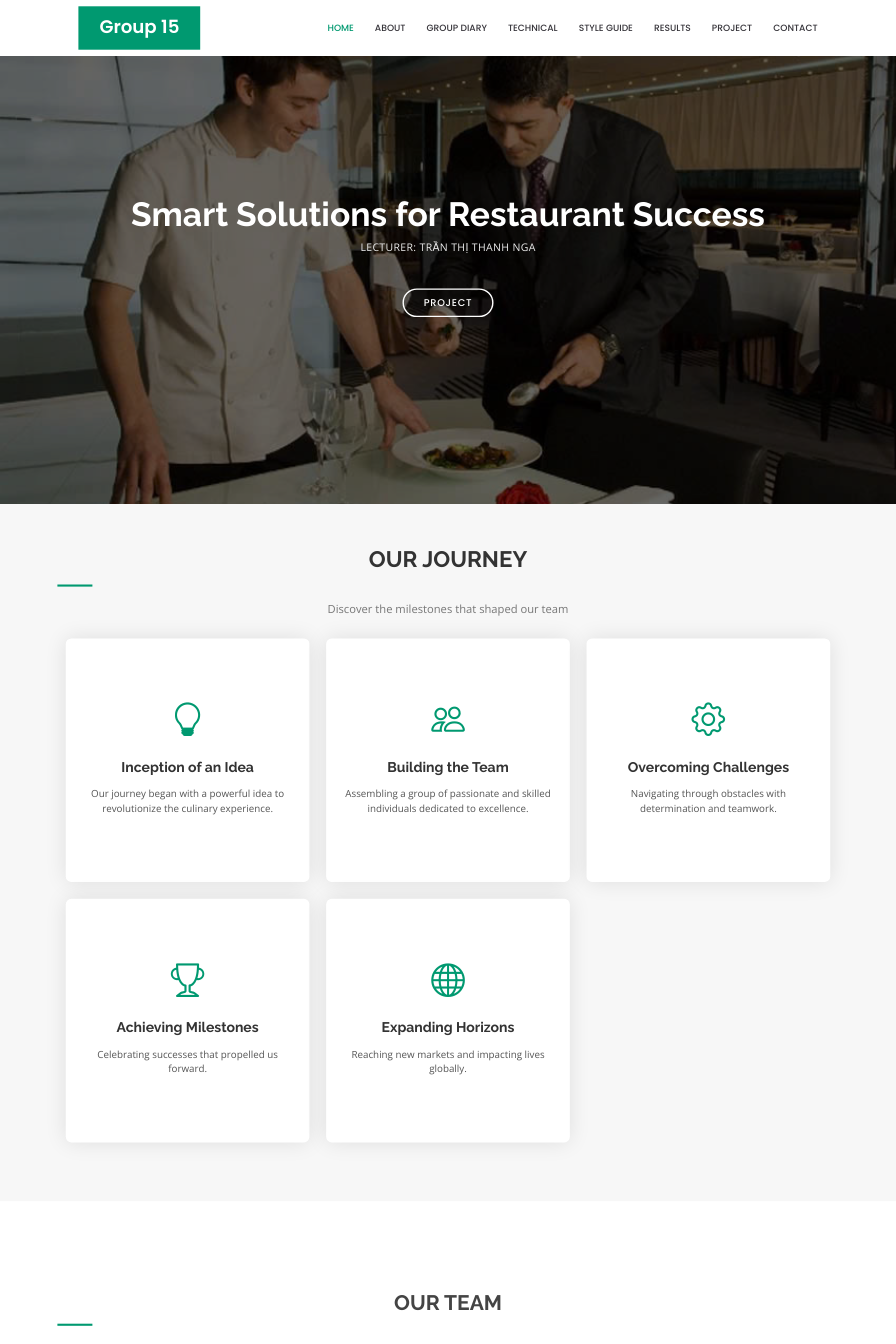
Repository: HoangKhangKhuPho4/Group_Web
Page: index.html
The author's editor kept a copy of each file at every save. The page is drawn from the files as they stood at one save, then again after the next save.
The browser window is 1280 px wide. The pictures show the part of the page from y = 0 to 1920 px (the page is 2787 px tall), at 70% of full size.
Backgrounds fixed to the window are drawn as part of the page.

Above is the page before, as saved 2024-11-15 20:52:48.

### index.html
<!DOCTYPE html>
<html lang="en">
  <head>
    <!-- Google Tag Manager -->
    <script>
      (function (w, d, s, l, i) {
        w[l] = w[l] || [];
        w[l].push({ "gtm.start": new Date().getTime(), event: "gtm.js" });
        var f = d.getElementsByTagName(s)[0],
          j = d.createElement(s),
          dl = l != "dataLayer" ? "&l=" + l : "";
        j.async = true;
        j.src = "https://www.googletagmanager.com/gtm.js?id=" + i + dl;
        f.parentNode.insertBefore(j, f);
      })(window, document, "script", "dataLayer", "GTM-KP2R47JB");
    </script>
    <!-- End Google Tag Manager -->

    <meta
      name="google-site-verification"
      content="EO8Nf8U0RywdH3XDIGdBO9ayEUmYV3Sa4KyZ9BoOK-Y"
    />
    <meta charset="utf-8" />
    <meta content="width=device-width, initial-scale=1.0" name="viewport" />
    <meta
      name="google-site-verification"
      content="NlS1kOlcOLN_zi65x2N4-Xf35p3_Yhxgn-Sx0oEMzRE"
    />

    <title>Group 15</title>
    <meta content="" name="description" />
    <meta content="" name="keywords" />

    <!-- Favicons -->
    <link href="assets/img/favicon.png" rel="icon" />
    <link href="assets/img/apple-touch-icon.png" rel="apple-touch-icon" />

    <!-- Google Fonts -->
    <link
      href="https://fonts.googleapis.com/css?family=Open+Sans:300,300i,400,400i,600,600i,700,700i|Raleway:300,300i,400,400i,500,500i,600,600i,700,700i|Poppins:300,300i,400,400i,500,500i,600,600i"
      rel="stylesheet"
    />

    <!-- Vendor CSS Files -->
    <link href="assets/vendor/aos/aos.css" rel="stylesheet" />
    <link
      href="assets/vendor/bootstrap/css/bootstrap.min.css"
      rel="stylesheet"
    />
    <link
      href="assets/vendor/bootstrap-icons/bootstrap-icons.css"
      rel="stylesheet"
    />
    <link href="assets/vendor/boxicons/css/boxicons.min.css" rel="stylesheet" />
    <link
      href="assets/vendor/glightbox/css/glightbox.min.css"
      rel="stylesheet"
    />
    <link href="assets/vendor/remixicon/remixicon.css" rel="stylesheet" />
    <link href="assets/vendor/swiper/swiper-bundle.min.css" rel="stylesheet" />

    <!-- Template Main CSS File -->
    <link href="assets/css/style.css" rel="stylesheet" />

    <!-- Custom CSS -->
  </head>

  <body>
    <!-- Google Tag Manager (noscript) -->
    <noscript
      ><iframe
        src="https://www.googletagmanager.com/ns.html?id=GTM-KP2R47JB"
        height="0"
        width="0"
        style="display: none; visibility: hidden"
      ></iframe
    ></noscript>
    <!-- End Google Tag Manager (noscript) -->

    <!-- ======= Header ======= -->
    <header id="header" class="fixed-top d-flex align-items-center">
      <div class="container">
        <div
          class="header-container d-flex align-items-center justify-content-between"
        >
          <div class="logo">
            <h1 class="text-light">
              <a href="index.html"><span>Group 15</span></a>
            </h1>
          </div>

          <nav id="navbar" class="navbar">
            <ul>
              <li>
                <a class="nav-link scrollto active" href="index.html">Home</a>
              </li>
              <li><a class="nav-link scrollto" href="about.html">About</a></li>
              <li>
                <a class="nav-link scrollto" href="groupDiary.html"
                  >Group Diary</a
                >
              </li>
              <li>
                <a class="nav-link scrollto" href="technical.html">Technical</a>
              </li>
              <li>
                <a class="nav-link scrollto" href="styleguide.html"
                  >Style Guide</a
                >
              </li>
              <li>
                <a class="nav-link scrollto" href="results.html">Results</a>
              </li>
              <li>
                <a class="nav-link scrollto" href="project.html">Project</a>
              </li>
              <li>
                <a class="nav-link scrollto" href="contact.html">Contact</a>
              </li>
            </ul>
            <i class="bi bi-list mobile-nav-toggle"></i>
          </nav>
          <!-- .navbar -->
        </div>
        <!-- End Header Container -->
      </div>
    </header>
    <!-- End Header -->

    <!-- Bắt đầu phần nội dung chính -->
    <div class="content-wrap">
      <!-- ======= Hero Section ======= -->
      <section
        id="hero"
        class="d-flex align-items-center"
        style="padding-top: 80px"
      >
        <div
          class="container text-center position-relative"
          data-aos="fade-in"
          data-aos-delay="200"
        >
          <h1>Smart Solutions for Restaurant Success</h1>
          <h2>Lecturer: Trần Thị Thanh Nga</h2>
          <a href="" target="_blank" class="btn-get-started scrollto"
            >Project</a
          >
        </div>
      </section>
      <!-- End Hero -->

      <main id="main">
        <!-- ======= Our Journey Section ======= -->
        <section id="our-team-story" class="our-team-story">
          <div class="container" data-aos="fade-up">
            <div class="section-title text-center">
              <h2>Our Journey</h2>
              <p>Discover the milestones that shaped our team</p>
            </div>

            <div class="story-container">
              <div class="row">
                <!-- Story Item 1 -->
                <div class="col-lg-4 col-md-6 mb-4">
                  <div
                    class="story-item"
                    data-aos="fade-up"
                    data-aos-delay="100"
                  >
                    <div class="icon-box">
                      <div class="icon">
                        <i class="bi bi-lightbulb"></i>
                      </div>
                      <h4 class="title">Inception of an Idea</h4>
                      <p class="description">
                        Our journey began with a powerful idea to revolutionize
                        the culinary experience.
                      </p>
                    </div>
                  </div>
                </div>

                <!-- Story Item 2 -->
                <div class="col-lg-4 col-md-6 mb-4">
                  <div
                    class="story-item"
                    data-aos="fade-up"
                    data-aos-delay="200"
                  >
                    <div class="icon-box">
                      <div class="icon">
                        <i class="bi bi-people"></i>
                      </div>
                      <h4 class="title">Building the Team</h4>
                      <p class="description">
                        Assembling a group of passionate and skilled individuals
                        dedicated to excellence.
                      </p>
                    </div>
                  </div>
                </div>

                <!-- Story Item 3 -->
                <div class="col-lg-4 col-md-6 mb-4">
                  <div
                    class="story-item"
                    data-aos="fade-up"
                    data-aos-delay="300"
                  >
                    <div class="icon-box">
                      <div class="icon">
                        <i class="bi bi-gear"></i>
                      </div>
                      <h4 class="title">Overcoming Challenges</h4>
                      <p class="description">
                        Navigating through obstacles with determination and
                        teamwork.
                      </p>
                    </div>
                  </div>
                </div>

                <!-- Story Item 4 -->
                <div class="col-lg-4 col-md-6 mb-4">
                  <div
                    class="story-item"
                    data-aos="fade-up"
                    data-aos-delay="400"
                  >
                    <div class="icon-box">
                      <div class="icon">
                        <i class="bi bi-trophy"></i>
                      </div>
                      <h4 class="title">Achieving Milestones</h4>
                      <p class="description">
                        Celebrating successes that propelled us forward.
                      </p>
                    </div>
                  </div>
                </div>

                <!-- Story Item 5 -->
                <div class="col-lg-4 col-md-6 mb-4">
                  <div
                    class="story-item"
                    data-aos="fade-up"
                    data-aos-delay="500"
                  >
                    <div class="icon-box">
                      <div class="icon">
                        <i class="bi bi-globe"></i>
                      </div>
                      <h4 class="title">Expanding Horizons</h4>
                      <p class="description">
                        Reaching new markets and impacting lives globally.
                      </p>
                    </div>
                  </div>
                </div>
              </div>
            </div>
          </div>
        </section>
        <!-- End Our Journey Section -->

        <!-- ======= Our Team Section ======= -->
        <section
          id="portfolio-details"
          class="portfolio-details"
          style="margin-top: 4%"
        >
          <div class="container">
            <div class="section-title text-center">
              <h2 style="font-size: 30px; padding: 15px 30px">
                <b>OUR TEAM</b>
              </h2>
            </div>

            <div class="row gy-4">
              <div class="col-lg-6">
                <div class="portfolio-details-slider swiper">
                  <div class="swiper-wrapper align-items-center">
                    <div class="swiper-slide">
                      <img
                        src="assets/img/portfolio/portfolio-details-1.jpg"
                        alt=""
                      />
                    </div>

                    <div class="swiper-slide">
                      <img
                        src="assets/img/portfolio/portfolio-details-2.jpg"
                        alt=""
                      />
                    </div>

                    <div class="swiper-slide">
                      <img
                        src="assets/img/portfolio/portfolio-details-3.jpg"
                        alt=""
                      />
                    </div>
                  </div>
                  <div class="swiper-pagination"></div>
                </div>
              </div>

              <div class="col-lg-6">
                <div class="portfolio-info">
                  <h3>Group Information</h3>
                  <ul>
                    <li><strong>Group Name</strong>: Group 15</li>
                    <li><strong>Number of Members</strong>: 5 members</li>
                    <li>
                      <strong>Specialization</strong>: information technology -
                      IT
                    </li>
                    <li>
                      <strong>University</strong>: Ho Chi Minh City University
                      of Agriculture and Forestry.
                    </li>
                    <li>
                      <strong>Slogan</strong>: "Together we innovate, together
                      we succeed."
                    </li>
                  </ul>
                </div>
              </div>
            </div>
          </div>
        </section>
        <!-- End Our Team Section -->
      </main>
      <!-- End #main -->
    </div>
    <!-- Kết thúc phần nội dung chính -->

    <!-- ======= Footer ======= -->
    <footer id="footer">
      <!-- ... (giữ nguyên nội dung footer) ... -->
      <div class="footer-container">
        <div class="footer-column">
          <h4>About Us</h4>
          <p>
            We are a team of passionate individuals dedicated to delivering the
            best services to our clients. Our mission is to provide innovative
            solutions and exceptional customer service.
          </p>
        </div>
        <div class="footer-column">
          <h4>Useful Links</h4>
          <ul>
            <li><a href="index.html">Home</a></li>
            <li><a href="about.html">About Us</a></li>
            <li><a href="services.html">Services</a></li>
            <li><a href="terms.html">Terms of Service</a></li>
            <li><a href="privacy.html">Privacy Policy</a></li>
          </ul>
        </div>
        <div class="footer-column">
          <h4>Services</h4>
          <ul>
            <li><a href="#">Web Design</a></li>
            <li><a href="#">Web Development</a></li>
            <li><a href="#">Marketing</a></li>
            <li><a href="#">Graphic Design</a></li>
            <li><a href="#">Technical Support</a></li>
          </ul>
        </div>
        <div class="footer-column">
          <h4>Contact Us</h4>
          <p>
            123 ABC Street, XYZ District<br />
            City, Country<br />
            Phone: +84 123 456 789<br />
            Email: info@example.com
          </p>
        </div>
      </div>
      <div class="footer-bottom">
        <div class="container d-md-flex py-4">
          <div class="me-md-auto text-center text-md-start">
            <div class="copyright">
              &copy; Copyright <strong><span>Group 15</span></strong
              >. All Rights Reserved
            </div>
            <div class="credits">Designed by <a href="#">Group 15</a></div>
          </div>
          <div class="social-links text-center text-md-right pt-3 pt-md-0">
            <a href="#" class="twitter" title="Twitter"
              ><i class="bx bxl-twitter"></i
            ></a>
            <a href="#" class="facebook" title="Facebook"
              ><i class="bx bxl-facebook"></i
            ></a>
            <a href="#" class="instagram" title="Instagram"
              ><i class="bx bxl-instagram"></i
            ></a>
            <a href="#" class="google-plus" title="Skype"
              ><i class="bx bxl-skype"></i
            ></a>
            <a href="#" class="linkedin" title="LinkedIn"
              ><i class="bx bxl-linkedin"></i
            ></a>
          </div>
        </div>
      </div>
    </footer>
    <!-- End Footer -->

    <!-- Back to Top -->
    <a
      href="#"
      class="back-to-top d-flex align-items-center justify-content-center"
      ><i class="bi bi-arrow-up-short"></i
    ></a>

    <!-- Vendor JS Files -->
    <script src="assets/vendor/aos/aos.js"></script>
    <script src="assets/vendor/bootstrap/js/bootstrap.bundle.min.js"></script>
    <script src="assets/vendor/purecounter/purecounter.js"></script>
    <script src="assets/vendor/glightbox/js/glightbox.min.js"></script>
    <script src="assets/vendor/isotope-layout/isotope.pkgd.min.js"></script>
    <script src="assets/vendor/swiper/swiper-bundle.min.js"></script>
    <!-- Template Main JS File -->
    <script src="assets/js/main.js"></script>

    <!-- Initialize AOS -->
    <script>
      AOS.init({
        duration: 1000,
        once: true,
      });
    </script>
  </body>
</html>

Loaded but not shown: assets/vendor/aos/aos.css (library); assets/vendor/bootstrap/css/bootstrap.min.css (library); assets/vendor/bootstrap-icons/bootstrap-icons.css (library); assets/vendor/boxicons/css/boxicons.min.css (library); assets/vendor/glightbox/css/glightbox.min.css (library); assets/vendor/remixicon/remixicon.css (library); assets/vendor/swiper/swiper-bundle.min.css (library); assets/vendor/aos/aos.js (library); assets/vendor/bootstrap/js/bootstrap.bundle.min.js (library); assets/vendor/purecounter/purecounter.js (library); assets/vendor/glightbox/js/glightbox.min.js (library); assets/vendor/isotope-layout/isotope.pkgd.min.js (library); assets/vendor/swiper/swiper-bundle.min.js (library); assets/js/main.js (252 lines, source omitted); assets/css/style.css (830 lines, source omitted)

After the next save:
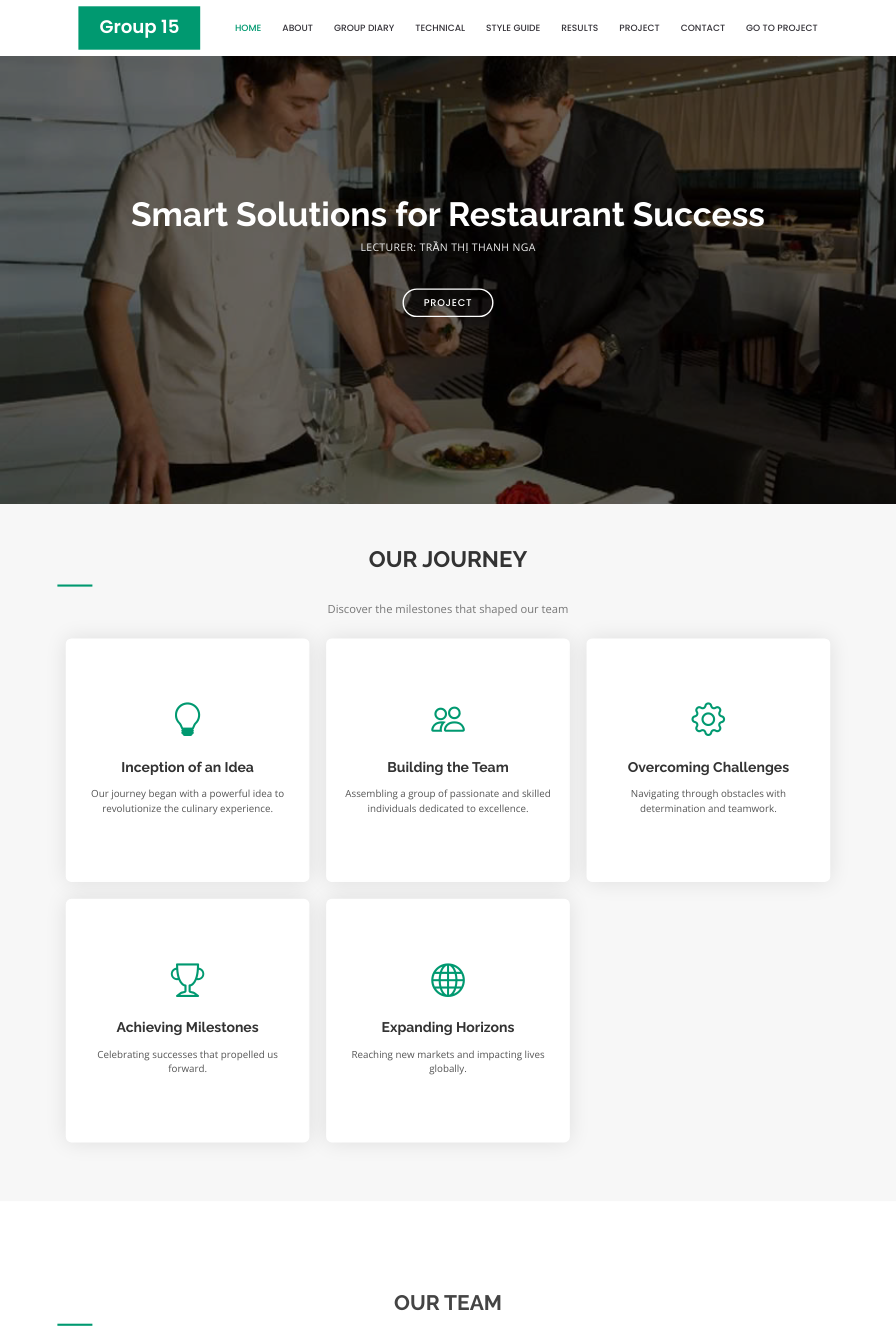
Saved 25 min 13 s later.
--- a/index.html
+++ b/index.html
@@ -116,6 +116,9 @@
               </li>
               <li>
                 <a class="nav-link scrollto" href="contact.html">Contact</a>
+              </li>
+              <li>
+                <a class="nav-link scrollto" href="https://hoangkhangkhupho4.github.io/Project_Web/">Go To Project</a>
               </li>
             </ul>
             <i class="bi bi-list mobile-nav-toggle"></i>
